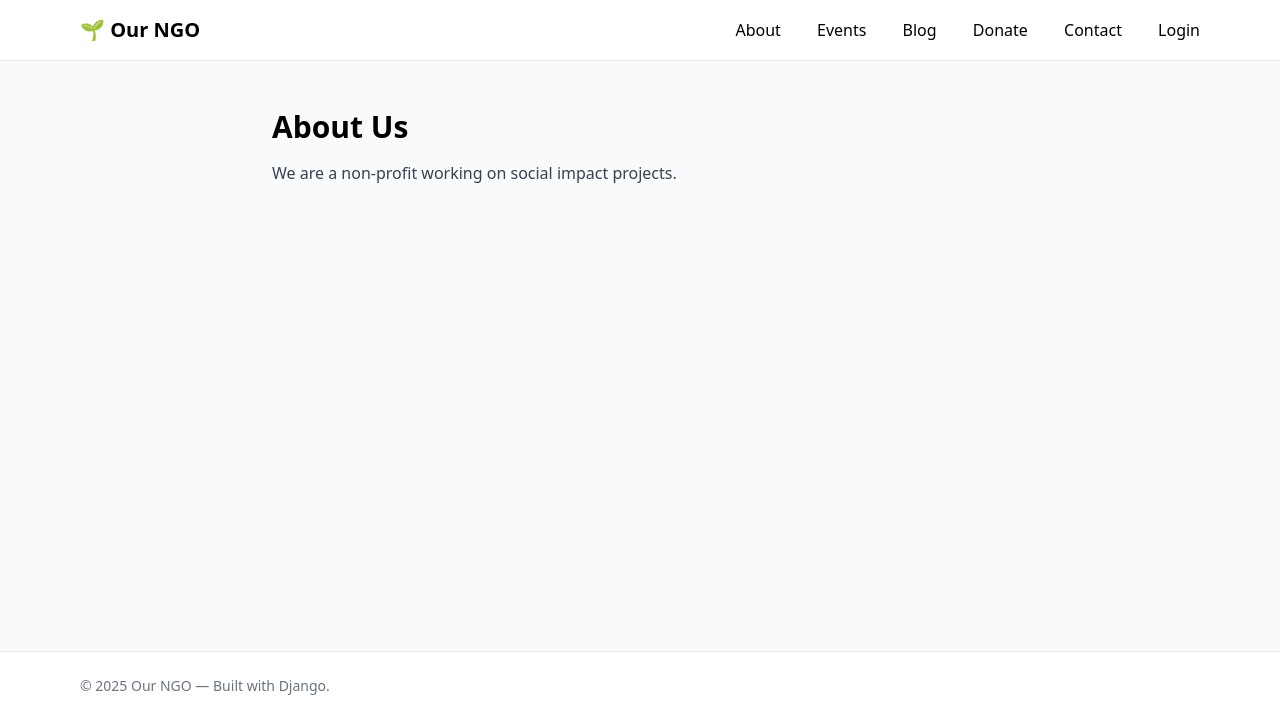
Repository: falak346/OUR-NGO
Page: http://localhost/about/
These files come from the project's save history. The page is drawn as it stood at one moment and after the next save; the edit follows.
The browser window is 1280 px wide. The pictures show the whole page.
Some web libraries are served in a nearby version. The page is served by the project's application, run on Django 5.2 (ngo_site/manage.py).

Above is the page before, as saved 2025-11-13 11:40:28.

After the next save:
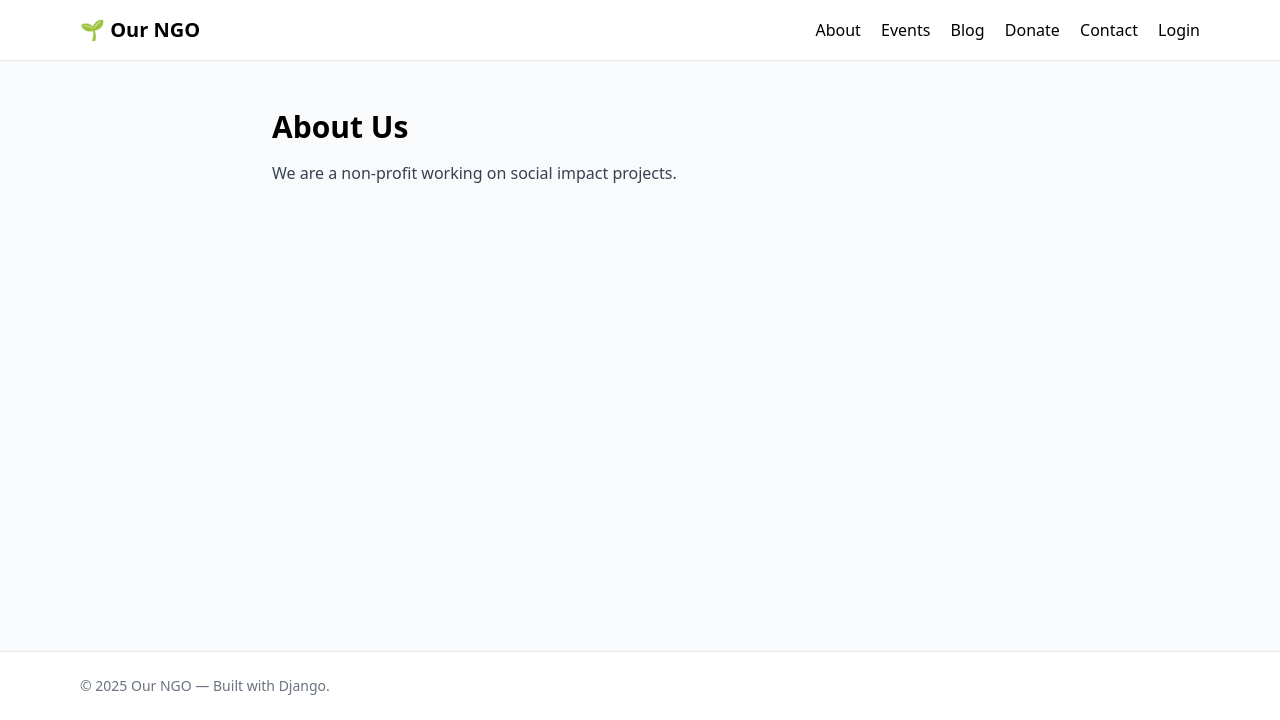
Saved 8 s later.
--- a/ngo_site/ngo_site/templates/base.html
+++ b/ngo_site/ngo_site/templates/base.html
@@ -11,7 +11,7 @@
   <header class="bg-white border-b">
     <div class="max-w-6xl mx-auto px-4 py-4 flex items-center justify-between">
       <a href="/" class="text-xl font-bold">🌱 Our NGO</a>
-      <nav class="space-x-8">
+      <nav class="space-x-4">
         <a class="hover:underline" href="/about/">About</a>
         <a class="hover:underline" href="/events/">Events</a>
         <a class="hover:underline" href="/blog/">Blog</a>
